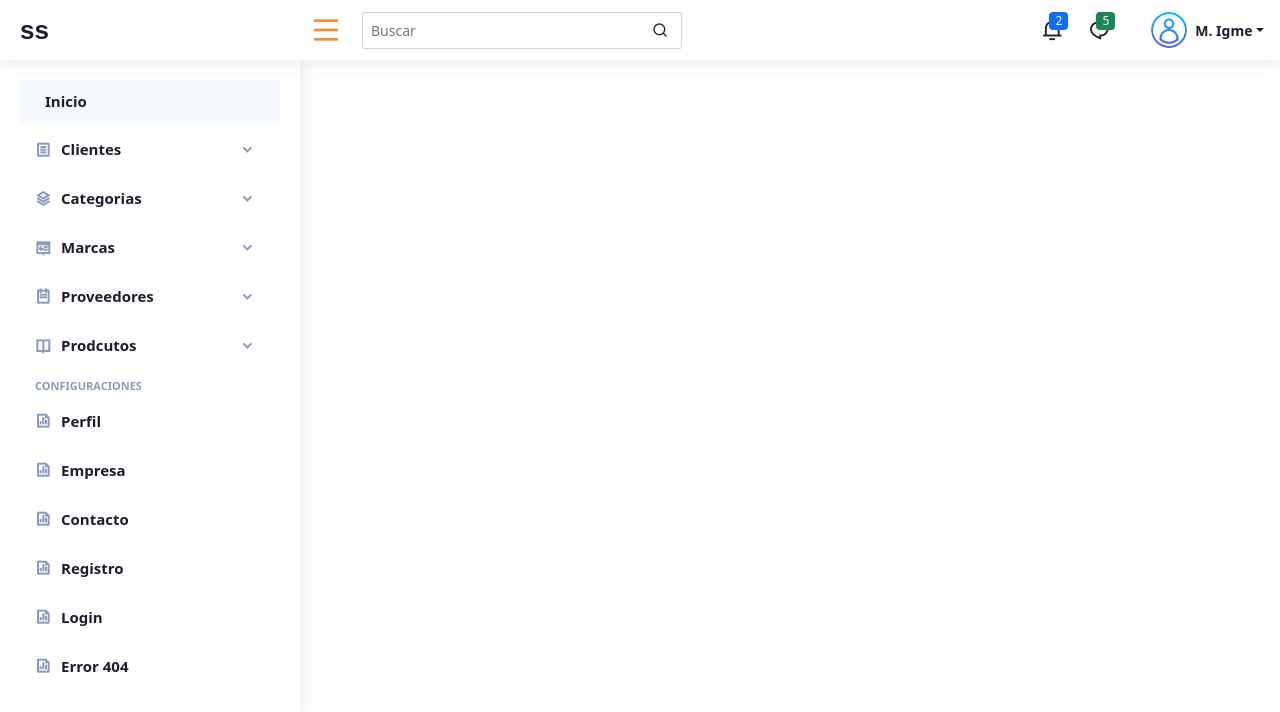
Repository: igmeMarcial/ProyectoLP-2023
Page: http://localhost/proyectoLP_2023/Main.jsp
These files come from the project's save history. The page is drawn as it stood at one moment and after the next save; the edit follows.
The browser window is 1280 px wide. The pictures show the whole page.
The page is served by Tomcat 9. Other server files are loaded and not shown.

Above is the page before, as saved 2023-03-18 18:45:57.

### proyectoLP_2023/WebContent/Main.jsp
<%@ page language="java" contentType="text/html; charset=ISO-8859-1"
    pageEncoding="ISO-8859-1"%>
<!DOCTYPE html PUBLIC "-//W3C//DTD HTML 4.01 Transitional//EN" "http://www.w3.org/TR/html4/loose.dtd">
<html>
<head>
	<meta charset="UTF-8">
    <meta http-equiv="X-UA-Compatible" content="IE=edge">
    <meta name="viewport" content="width=device-width, initial-scale=1.0">
	<link rel="preconnect" href="https://fonts.googleapis.com">
	<link rel="preconnect" href="https://fonts.gstatic.com" crossorigin>
	<link href="https://fonts.googleapis.com/css2?family=Roboto:wght@300;400;500;700;900&display=swap" rel="stylesheet">
	<link rel="stylesheet" type="text/css" href="./css/main.css" />
	<link href="https://cdn.jsdelivr.net/npm/bootstrap@5.0.2/dist/css/bootstrap.min.css" rel="stylesheet" integrity="sha384-EVSTQN3/azprG1Anm3QDgpJLIm9Nao0Yz1ztcQTwFspd3yD65VohhpuuCOmLASjC" crossorigin="anonymous">
	 <link href="https://cdn.jsdelivr.net/npm/remixicon@2.5.0/fonts/remixicon.css" rel="stylesheet">
	<title>Principal</title>
</head>
<body>
	 <!-- ======= Header(Cabezera) ======= -->
<header id="header" class="header fixed-top d-flex align-items-center">

    <div class="d-flex align-items-center justify-content-between">
      <a href="index.html" class="logo d-flex align-items-center text-decoration-none">
        <img class="logoImg2" src="./img/logo-somosngr.svg" alt="">
        <img class="logoImg2" src="./img/logo-ngr.png" alt="">
        <span class="d-none d-lg-block">ss</span>
      </a>
      <i class="ri-menu-fill toggle-sidebar-btn"></i>
    </div>
    <!-- Fin Logo -->
		<!-- Input para Buscar jeje-->
    <div class="search-bar">
      <form class="search-form d-flex align-items-center" method="POST" action="#">
        <input type="text" name="query" placeholder="Buscar" title="Enter search keyword">
        <button type="submit" title="Buscar"><i class="ri-search-line"></i></button>
      </form>
    </div><!-- Fin Buscar  -->

    <nav class="header-nav ms-auto">
      <ul class="d-flex align-items-center">

        <li class="nav-item d-block d-lg-none">
          <a class="nav-link nav-icon search-bar-toggle p-0" href="#">
            <i class="ri-search-line"></i>
          </a>
        </li><!-- Fin Buscar Icon-->

        <li class="nav-item dropdown">

		  <a class="nav-link nav-icon p-0" href="#" data-bs-toggle="dropdown" id="noti" aria-expanded="false">
            <i class="ri-notification-3-line"></i>
            <span class="badge bg-primary badge-number">2</span>
          </a><!-- End Notification Icon -->
		   <ul class="dropdown-menu dropdown-menu-end dropdown-menu-arrow notificaciones" aria-labelledby="noti">
           	  <li><a class="dropdown-item" href="#">Action</a></li>
    		<li><a class="dropdown-item" href="#">Another action</a></li>
    		<li><a class="dropdown-item" href="#">Something else here</a></li>

          </ul><!-- Final notificación Dropdown Items -->



        </li><!-- Final Notification Nav -->

        <li class="nav-item dropdown">

          <a class="nav-link nav-icon p-0" href="#" data-bs-toggle="dropdown">
            <i class="ri-chat-1-line"></i>
            <span class="badge bg-success badge-number">5</span>
          </a><!-- Final mensajes Icon -->

          <ul class="dropdown-menu dropdown-menu-end dropdown-menu-arrow messages">
             <li><a class="dropdown-item" href="#">Action</a></li>
    		<li><a class="dropdown-item" href="#">Another action</a></li>
    		<li><a class="dropdown-item" href="#">Something else here</a></li>

          </ul><!-- Final Mensajes Dropdown Items -->

        </li><!--Final Mensajes Nav -->

        <li class="nav-item dropdown pe-3">

          <a class="nav-link nav-profile d-flex align-items-center pe-0" href="#" data-bs-toggle="dropdown">
            <img src="./img/user.png" alt="Profile" class="rounded-circle">
            <span class="d-none d-md-block dropdown-toggle ps-2">M. Igme</span>
          </a><!-- End Profile Iamge Icon -->

          <ul class="dropdown-menu dropdown-menu-end dropdown-menu-arrow profile">
            <li class="dropdown-header">
              <h6>Marcial Igme</h6>
              <span>Administrador</span>
            </li>
            <li>
              <hr class="dropdown-divider">
            </li>

            <li>
              <a class="dropdown-item d-flex align-items-center" href="users-profile.html">
                <i class="ri-settings-2-line"></i>
                <span>My Perfil</span>
              </a>
            </li>
            <li>
              <hr class="dropdown-divider">
            </li>

            <li>
              <a class="dropdown-item d-flex align-items-center" href="users-profile.html">
                <i class="ri-settings-2-line"></i>
                <span>Configuración</span>
              </a>
            </li>
            <li>
              <hr class="dropdown-divider">
            </li>

            <li>
              <a class="dropdown-item d-flex align-items-center" href="pages-faq.html">
                <i class="ri-settings-2-line"></i>
                <span>Ayuda?</span>
              </a>
            </li>
            <li>
              <hr class="dropdown-divider">
            </li>

            <li>
              <a class="dropdown-item d-flex align-items-center" href="#">
                <i class="ri-settings-2-line"></i>
                <span>Salir</span>
              </a>
            </li>

          </ul><!-- Final Perfil Dropdown Items -->
        </li><!--Final Profile Nav -->

      </ul>
    </nav><!-- Final Icons Navigation -->

</header>
<!-- Final Header -->
<aside id="sidebar" class="sidebar">

    <ul class="sidebar-nav" id="sidebar-nav">

      <li class="nav-item">
        <a class="nav-link " href="index.html">
          <i class="bi bi-grid"></i>
          <span>Inicio</span>
        </a>
      </li><!-- final Dashboard Nav -->

      <li class="nav-item">
        <a class="nav-link collapsed" data-bs-target="#components-nav" data-bs-toggle="collapse" href="#">
          <i class="ri-file-list-line"></i><span>Clientes</span><i class="ri-arrow-down-s-line ms-auto"></i>


        </a>
        <ul id="components-nav" class="nav-content collapse " data-bs-parent="#sidebar-nav">
          <li>
            <a href="components-alerts.html">
              <i class="ri-group-fill"></i><span>Listado Clientes</span>
            </a>
          </li>
          <li>
            <a href="components-accordion.html">
              <i class="ri-group-fill"></i><span>Agregar Nuevo Cliente</span>
            </a>
          </li>
          <li>
            <a href="components-badges.html">
             	<i class="ri-group-fill"></i><span>Buscar Cliente</span>
            </a>
          </li>
          <li>
            <a href="components-breadcrumbs.html">
              <i class="ri-group-fill"></i><span>ActualizarClientes</span>
            </a>
          </li>
        </ul>
      </li><!-- Final componentes Nav -->

      <li class="nav-item">
        <a class="nav-link collapsed" data-bs-target="#forms-nav" data-bs-toggle="collapse" href="#">
          <i class="ri-stack-line"></i><span>Categorias</span><i class="ri-arrow-down-s-line ms-auto"></i>
        </a>
        <ul id="forms-nav" class="nav-content collapse " data-bs-parent="#sidebar-nav">
          <li>
            <a href="forms-elements.html">
              <i class="bi bi-circle"></i><span>Agregar Categoria</span>
            </a>
          </li>
          <li>
            <a href="forms-layouts.html">
              <i class="bi bi-circle"></i><span>Actualizar Categoria</span>
            </a>
          </li>
          <li>
            <a href="forms-editors.html">
              <i class="bi bi-circle"></i><span>Listar Categoria</span>
            </a>
          </li>
        </ul>
      </li><!-- Final Formulario Nav -->

      <li class="nav-item">
        <a class="nav-link collapsed" data-bs-target="#tables-nav" data-bs-toggle="collapse" href="#">
          <i class="ri-slideshow-line"></i><span>Marcas</span><i class="ri-arrow-down-s-line ms-auto"></i>
        </a>
        <ul id="tables-nav" class="nav-content collapse " data-bs-parent="#sidebar-nav">
          <li>
            <a href="#">
              <i class="bi bi-circle"></i><span>Agregar Marca</span>
            </a>
          </li>
          <li>
            <a href="#">
              <i class="bi bi-circle"></i><span>Actualizar Marca</span>
            </a>
          </li>
           <li>
            <a href="#">
              <i class="bi bi-circle"></i><span>Listar Marca</span>
            </a>
          </li>
        </ul>
      </li><!-- End Tables Nav -->

      <li class="nav-item">
        <a class="nav-link collapsed" data-bs-target="#charts-nav" data-bs-toggle="collapse" href="#">
          <i class="ri-todo-line"></i><span>Proveedores</span><i class="ri-arrow-down-s-line ms-auto"></i>
        </a>
        <ul id="charts-nav" class="nav-content collapse " data-bs-parent="#sidebar-nav">
          <li>
            <a href="#">
              <i class="bi bi-circle"></i><span>Agregar Proveedor</span>
            </a>
          </li>
          <li>
            <a href="#">
              <i class="bi bi-circle"></i><span>Actuzalir Porveedor</span>
            </a>
          </li>
          <li>
            <a href="#">
              <i class="bi bi-circle"></i><span>Listar Proveedor</span>
            </a>
          </li>
        </ul>
      </li><!-- End Charts Nav -->

      <li class="nav-item">
        <a class="nav-link collapsed" data-bs-target="#icons-nav" data-bs-toggle="collapse" href="#">
          <i class="ri-book-open-line"></i><span>Prodcutos</span><i class="ri-arrow-down-s-line ms-auto"></i>
        </a>
        <ul id="icons-nav" class="nav-content collapse " data-bs-parent="#sidebar-nav">
          <li>
            <a href="icons-bootstrap.html">
              <i class="bi bi-circle"></i><span>Agreagr Producto</span>
            </a>
          </li>
          <li>
            <a href="icons-remix.html">
              <i class="bi bi-circle"></i><span>Actualizar Producto</span>
            </a>
          </li>
          <li>
            <a href="icons-boxicons.html">
              <i class="bi bi-circle"></i><span>Buscar Prodcuto</span>
            </a>
          </li>
        </ul>
      </li><!-- Final iconos Nav -->

      <li class="nav-heading">Configuraciones</li>

      <li class="nav-item">
        <a class="nav-link collapsed" href="#">
          <i class="ri-file-chart-line"></i>
          <span>Perfil</span>
        </a>
      </li><!-- Final Profile Page Nav -->

      <li class="nav-item">
        <a class="nav-link collapsed" href="#">
          <i class="ri-file-chart-line"></i>
          <span>Empresa</span>
        </a>
      </li><!-- End F.A.Q Page Nav -->

      <li class="nav-item">
        <a class="nav-link collapsed" href="#">
          <i class="ri-file-chart-line"></i>
          <span>Contacto</span>
        </a>
      </li><!-- Final Contact Page Nav -->

      <li class="nav-item">
        <a class="nav-link collapsed" href="#">
          <i class="ri-file-chart-line"></i>
          <span>Registro</span>
        </a>
      </li><!-- Final Registro Page Nav -->

      <li class="nav-item">
        <a class="nav-link collapsed" href="#">
          <i class="ri-file-chart-line"></i>
          <span>Login</span>
        </a>
      </li><!-- Final Login Page Nav -->

      <li class="nav-item">
        <a class="nav-link collapsed" href="#">
         <i class="ri-file-chart-line"></i>
          <span>Error 404</span>
        </a>
      </li>
    </ul>

</aside><!-- Final Sidebar-->
   <!-- ======= Contenido principal======= -->
<main id="main" class="main">


</main>
   <!-- ======= Footer ======= -->
  <!--
<footer id="footer" class="footer">
    <div class="copyright">
      &copy; Copyright <strong><span>Igme</span></strong>. Todos los derechos reservados
    </div>
    <div class="credits">

    </div>
</footer>-->
<!-- End Footer -->

<a href="#" class="back-to-top d-flex align-items-center justify-content-center"><i class="bi bi-arrow-up-short"></i></a>
   <!-- Sistema JS Files -->

  <script src="https://cdn.jsdelivr.net/npm/bootstrap@5.0.2/dist/js/bootstrap.bundle.min.js" integrity="sha384-MrcW6ZMFYlzcLA8Nl+NtUVF0sA7MsXsP1UyJoMp4YLEuNSfAP+JcXn/tWtIaxVXM" crossorigin="anonymous"></script>


  <script src="./script/main.js" type="text/javascript"></script>
</body>
</html>

Loaded but not shown: proyectoLP_2023/WebContent/img/logo-somosngr.svg (22 lines, source omitted); proyectoLP_2023/WebContent/script/main.js (27 lines, source omitted); proyectoLP_2023/WebContent/css/main.css (1076 lines, source omitted)

After the next save:
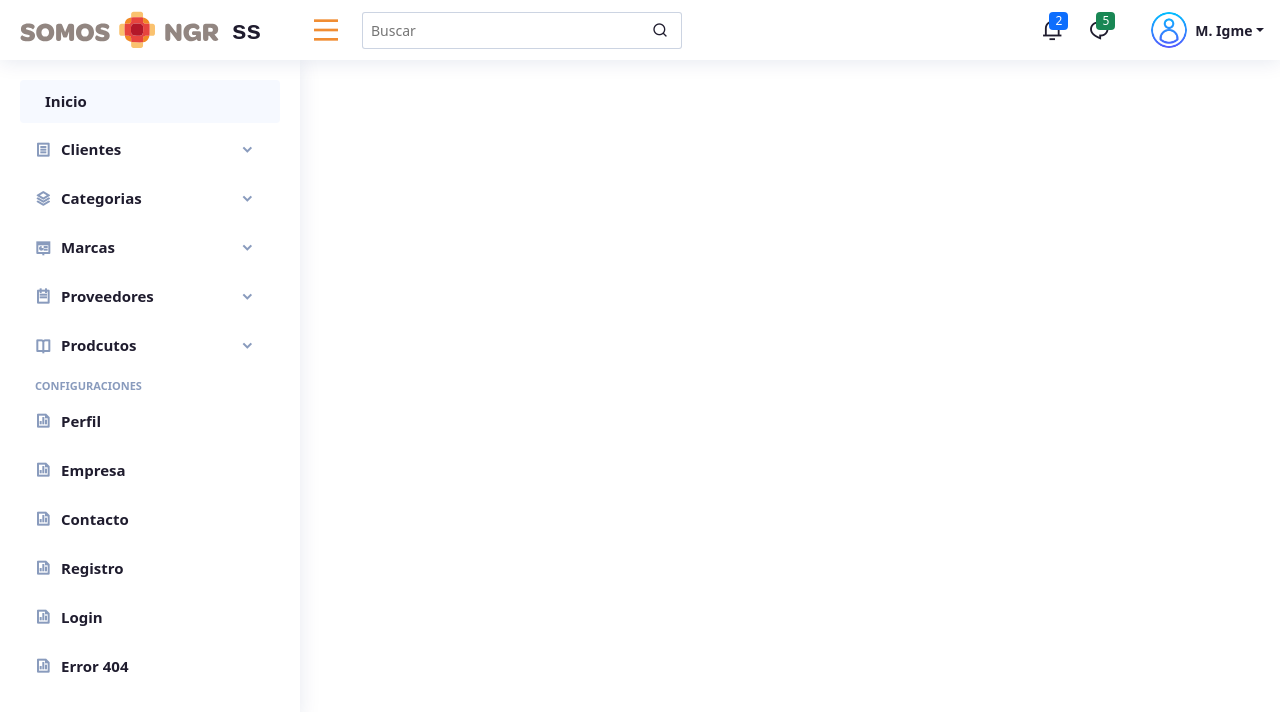
Saved 5 min 4 s later.
--- a/proyectoLP_2023/WebContent/Main.jsp
+++ b/proyectoLP_2023/WebContent/Main.jsp
@@ -20,8 +20,8 @@
 
     <div class="d-flex align-items-center justify-content-between">
       <a href="index.html" class="logo d-flex align-items-center text-decoration-none">
-        <img class="logoImg2" src="./img/logo-somosngr.svg" alt="">
-        <img class="logoImg2" src="./img/logo-ngr.png" alt="">
+        <img class="logoImg2 d-lg-block" src="./img/logo-somosngr.svg" alt="">
+        <img class="logoImg2 d-lg-none src="./img/logo-ngr.png" alt="">
         <span class="d-none d-lg-block">ss</span>
       </a>
       <i class="ri-menu-fill toggle-sidebar-btn"></i>

After the 2 saves that followed:
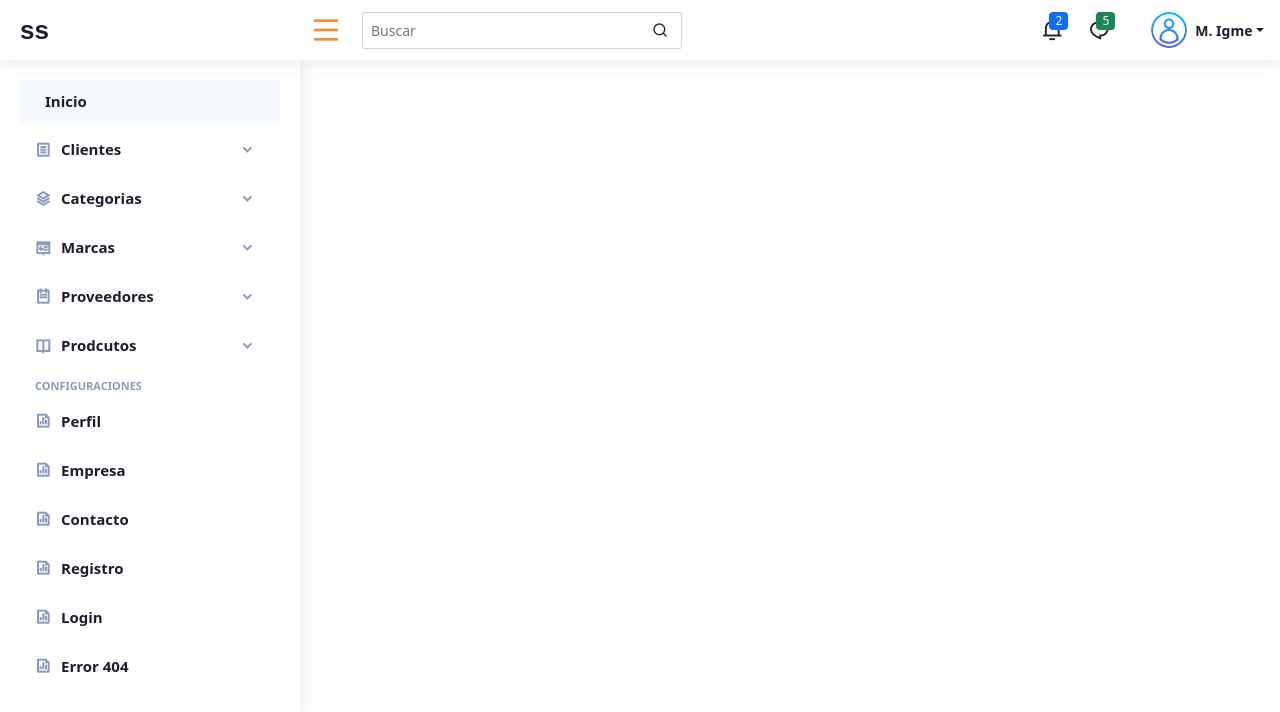
The 2 saves are shown as one change because 1 left the picture as it was.
The last was saved 3 min 0 s later.
--- a/proyectoLP_2023/WebContent/Main.jsp
+++ b/proyectoLP_2023/WebContent/Main.jsp
@@ -20,8 +20,8 @@
 
     <div class="d-flex align-items-center justify-content-between">
       <a href="index.html" class="logo d-flex align-items-center text-decoration-none">
-        <img class="logoImg2 d-lg-block" src="./img/logo-somosngr.svg" alt="">
-        <img class="logoImg2 d-lg-none src="./img/logo-ngr.png" alt="">
+        <img class="logoImg2 " src="./img/logo-somosngr.svg" alt="">
+        <img class="logoImg2 " src="./img/logo-ngr.png" alt="">
         <span class="d-none d-lg-block">ss</span>
       </a>
       <i class="ri-menu-fill toggle-sidebar-btn"></i>
